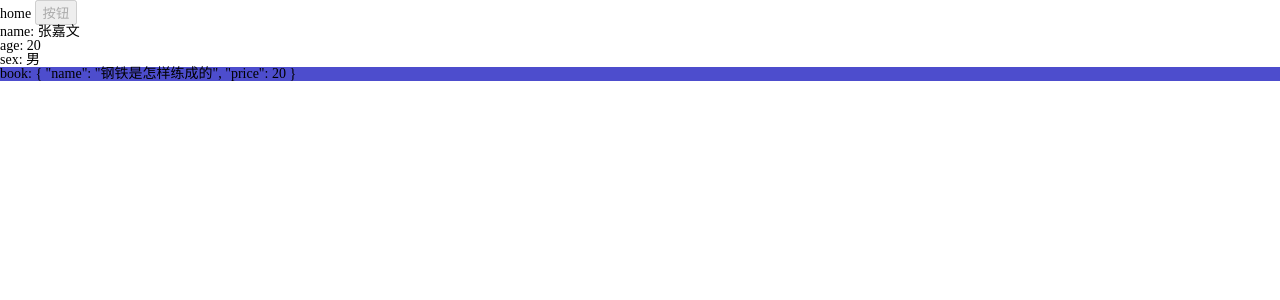
Repository: 596178924/vue3-ts-app
Page: /
An editor plug-in stored every save of this project. The page is shown before and after the next save, followed by the edit.
The browser window is 1280 px wide. The pictures show the whole page.
The project was rebuilt for these pictures with package versions that can differ from the ones it lists, and the page was loaded fresh each time. Also part of the build but not shown: vite.config.ts.

Above is the page before, as saved 2022-11-09 16:28:36.

### index.html
<!DOCTYPE html>
<html lang="zh">

<head>
  <meta charset="UTF-8" />
  <link rel="icon" type="image/svg+xml" href="/vite.svg" />
  <meta name="viewport" content="width=device-width, initial-scale=1.0" />
  <title>
    ts
  </title>
</head>

<body>
  <noscript>
    <strong>We're sorry but this doesn't work properly without JavaScript enabled.
        Please enable it to continue.</strong>
  </noscript>
  <div id="app"></div>
  <script type="module" src="/src/main.ts"></script>
</body>

</html>

### src/main.ts
import { createApp } from 'vue';
import AppElement from './App.vue'
import pluginInstall from "@/plugins"
import Router from "@/router"

(() => {
    const app = createApp(AppElement);
    app.use(pluginInstall);
    app.use(Router);
    app.mount('#app');
})()

### src/App.vue
<style lang="less">
@import '@/styles/index.less';
</style>

<template>
	<router-view></router-view>
</template>

<script setup lang="ts">
</script>

### src/plugins/index.ts
import { App } from "@vue/runtime-core";
import piniaInstall from "@/store";
export default function install(app: App) {
	app.use(piniaInstall);
}

### src/router/index.ts
import { createRouter, createWebHistory } from 'vue-router';
import routes from "./routes"
const router = createRouter({
    history: createWebHistory(),
    routes,
});

export default router;

### src/styles/index.less
@import './resetCss.less';

### src/styles/resetCss.less
/* http://meyerweb.com/eric/tools/css/reset/
   v2.0 | 20110126
   License: none (public domain)
*/
html, body, div, span, applet, object, iframe,
h1, h2, h3, h4, h5, h6, p, blockquote, pre,
a, abbr, acronym, address, big, cite, code,
del, dfn, em, img, ins, kbd, q, s, samp,
small, strike, strong, sub, sup, tt, var,
b, u, i, center,
dl, dt, dd, ol, ul, li,
fieldset, form, label, legend,
table, caption, tbody, tfoot, thead, tr, th, td,
article, aside, canvas, details, embed,
figure, figcaption, footer, header, hgroup,
menu, nav, output, ruby, section, summary,
time, mark, audio, video {
	margin: 0;
	padding: 0;
	border: 0;
	font: inherit;
	vertical-align: baseline;
}
/* HTML5 display-role reset for older browsers */
article, aside, details, figcaption, figure,
footer, header, hgroup, menu, nav, section {
	display: block;
}
body {
	line-height: 1;
	font-size: 14px;
}
ol, ul {
	list-style: none;
}
blockquote, q {
	quotes: none;
}
blockquote:before, blockquote:after,
q:before, q:after {
	content: '';
	content: none;
}
table {
	border-collapse: collapse;
	border-spacing: 0;
}

### src/store/index.ts
import { createPinia } from 'pinia'
// import piniaPluginPersist from 'pinia-plugin-persist'
const store = createPinia()
// store.use(piniaPluginPersist)
export default store

### src/router/routes.ts
import {  RouteRecordRaw } from 'vue-router';

const routes: Array<RouteRecordRaw> = [
    {
        path: '/',
        name: 'Home',
        component: ()=> import('@v/home/index.vue'),
    }
]

export default routes

### src/views/home/index.vue
<template>
	<div>
		home
		<button disabled>按钮</button>
		<p>name: {{ name }}</p>
		<p>age: {{ age }}</p>
		<p>sex: {{ sex }}</p>
		<p class="test">book: {{ book }}</p>
	</div>
</template>

<script setup lang="ts">
import { ref, Ref } from "@vue/reactivity";
interface Book {
	name: String;
	price: Number;
}
const name: Ref<String> = ref("张嘉文");
const age = ref<Number>(20);
const sex = ref("男") as Ref<String>;
const book = ref<Book>({
	name: "钢铁是怎样练成的",
	price: 20,
});
</script>

<style lang="less" scoped>
// @selectors: blue, green, red;

// each(@selectors, {
//   .color-@{value} {
//     color: @value;
//   }
// });
.test {
	background-color: tint(#0000b8, 30%);
}
</style>

After the next save:
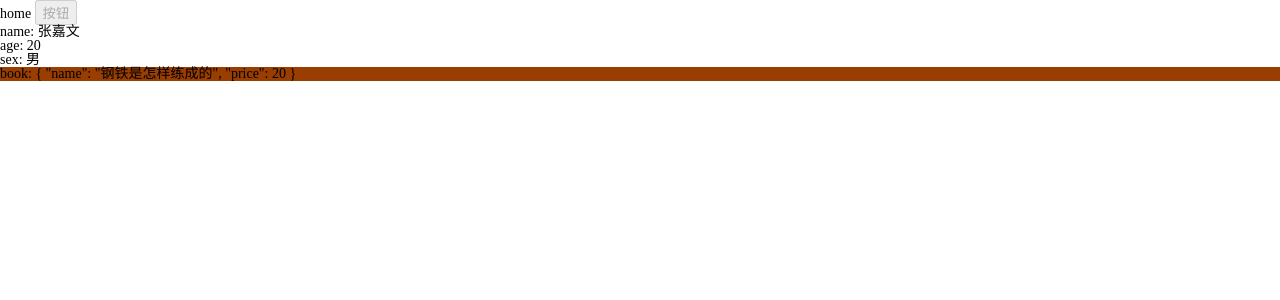
Saved 79 s later.
--- a/src/views/home/index.vue
+++ b/src/views/home/index.vue
@@ -33,6 +33,6 @@ const book = ref<Book>({
 //   }
 // });
 .test {
-	background-color: tint(#0000b8, 30%);
+	background-color: multiply(#ff6600, #999999);
 }
 </style>
